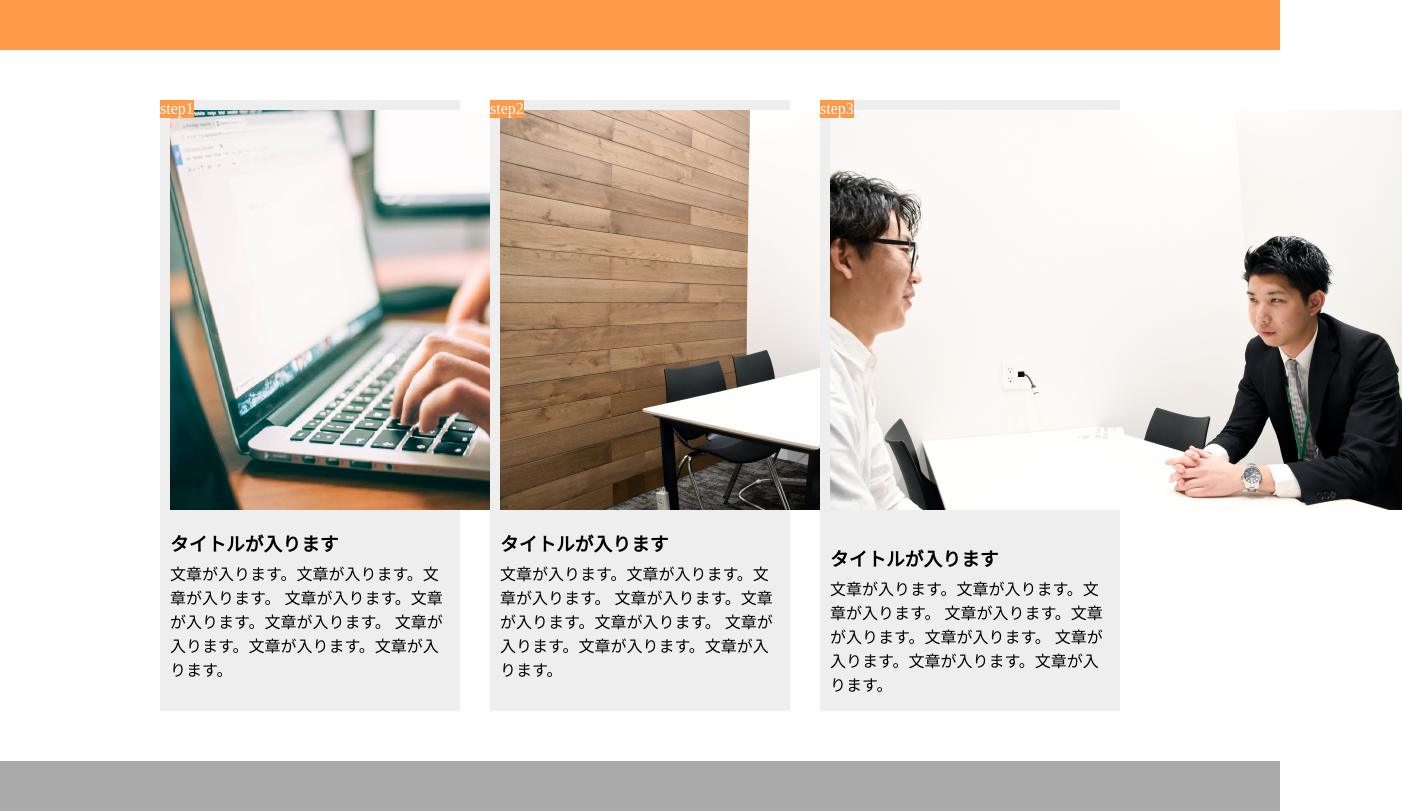
Repository: Kaori199701/-1
Page: 課題1/chapter9-index.html
The author's editor kept a record of every edit. The page is drawn from the files as they stood at one moment, then again after the next edit.
The browser window is 1280 px wide. The page is 1402 px wide, then 1372 px, then 1402 px, so the pictures cover 1402 px, including what lies to the right of the window. The pictures show the whole page.

Above is the page before.

### 課題1/chapter9-index.html
<!DOCTYPE html>
<html lang="ja">
  <head>
    <meta charset="UTF-8" />
    <!-- CSSファイルの読み込み -->
    <link rel="stylesheet" href="chapter9-style.css" />
    <title>chapter9</title>
  </head>

  <body>
     <!-- header -->
    <header>
    </header>

     <!-- main用のdiv -->
     <main>
       <!-- 内容 -->
          <!-- 1コ目の記事-->
         <div class="contents-box">
           <img class="contents-image" src="img/flow01.png">
           <span class="step-number">step1</span>
           <h3 class="contents-text-heading">タイトルが入ります</h3>
           <p>文章が入ります。文章が入ります。文章が入ります。
           文章が入ります。文章が入ります。文章が入ります。
           文章が入ります。文章が入ります。文章が入ります。</p>


         </div>
         <!-- 2コ目の記事-->
         <div class="contents-box">
          <span class="step-number">step2</span>

            <img class="contents-image" src="img/flow02.png">

              <h3 class="contents-text-heading">タイトルが入ります</h3>
              <p>文章が入ります。文章が入ります。文章が入ります。
              文章が入ります。文章が入ります。文章が入ります。
              文章が入ります。文章が入ります。文章が入ります。</p>


         </div>

        <!-- 3コ目の記事-->
         <div class="contents-box">
          <span class="step-number">step3</span>
           <div class="contents">
            <img class="contents-image" src="img/flow03.png">
            <section class="contents-text">
              <h3 class="contents-text-heading">タイトルが入ります</h3>
              <p>文章が入ります。文章が入ります。文章が入ります。
              文章が入ります。文章が入ります。文章が入ります。
              文章が入ります。文章が入ります。文章が入ります。</p>
             </section>
           </div>
         </div>

     </main>

     <!-- footer -->
     <footer>
     </footer>
   </body>
</html>

### 課題1/chapter9-style.css
/* ブラウザがそれぞれ持っているCSSをリセットするための記述 */
* {
  margin: 0;
  padding: 0;
  box-sizing: border-box;
}

header {
  height: 50px;
  background-color: #FF9A4B
}

main {
  width: 960px; /* 横幅960px */
  display: flex; /* Flexboxの利用 */
  margin: 50px auto; /* 要素の中央揃え */
}

.contents-box {
  width: 300px;
  margin-right: 30px;
  padding: 10px;
  position: relative;
  background-color: #EEEEEE;
}

.contents-box last-child{
  margin-right: 0;
}


.step-img1 {
  height: 150px;
  background-image: url(img/flow01.png);
  background-position: bottom;
  background-size: cover;
}

.step-img2 {
  height: 150px;
  background-image: url(img/flow02.png);
  background-position: bottom;
  background-size: cover;
}

.step-img3 {
  height: 150px;
  background-image: url(img/flow03.png);
  background-position: bottom;
  background-size: cover;
}


.contents-text-heading {
  padding-top: 15px;
  padding-bottom: 5px;
}

.step-number {
  position: absolute;
  top: 0;
  left: 0;
  background-color: #FF9A4B;
  color: #fff;
}

.contents-text {
  padding: 15px 0 5px;
}

footer {
  width: 100%; /* 横幅100% */
  height: 50px; /* 高さ50px */
  background-color: #AAAAAA;
}






@media screen and (max-width: 768px) {
  header {
    width: 100%;
  }


main {
    width: 100%;
    display: block;
  }

.contents-box {
  width: 90%;
  margin-bottom: 20px;
  padding: 10px;
  position: relative;
  background-color: #EEEEEE;
}

}

After the next edit:
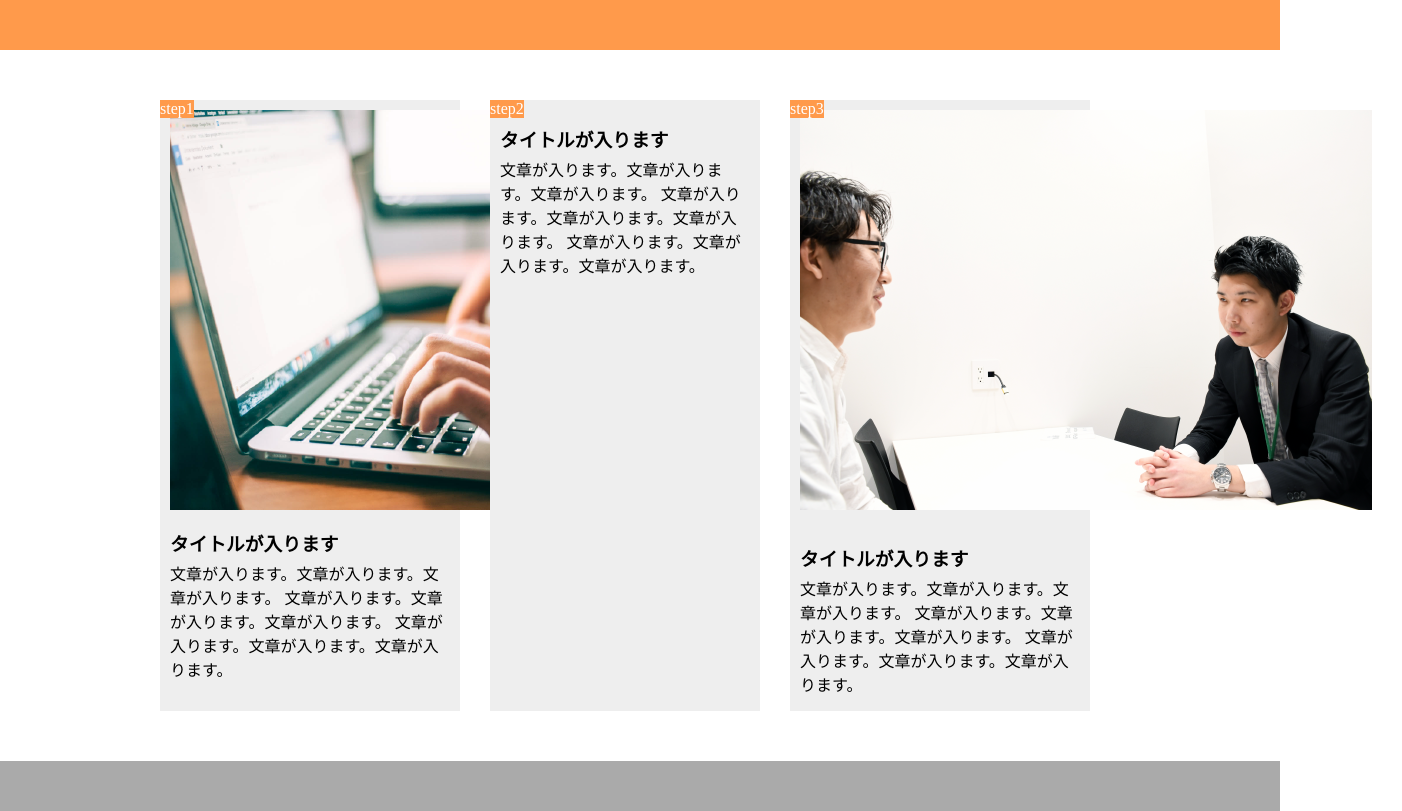
The edit:
--- a/課題1/chapter9-index.html
+++ b/課題1/chapter9-index.html
@@ -30,7 +30,7 @@
          <div class="contents-box">
           <span class="step-number">step2</span>
 
-            <img class="contents-image" src="img/flow02.png">
+
 
               <h3 class="contents-text-heading">タイトルが入ります</h3>
               <p>文章が入ります。文章が入ります。文章が入ります。

After the edit that followed:
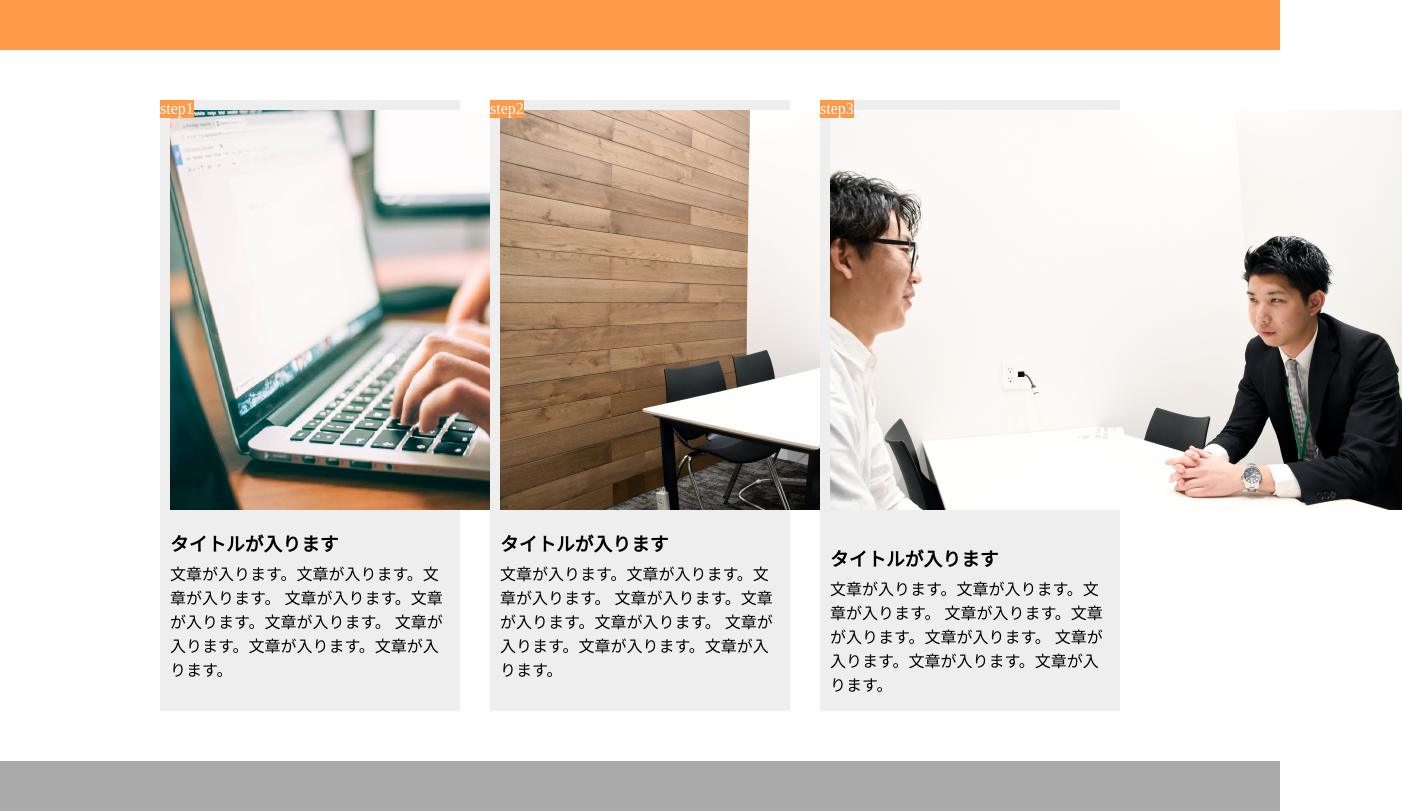
The edit:
--- a/課題1/chapter9-index.html
+++ b/課題1/chapter9-index.html
@@ -28,6 +28,7 @@
          </div>
          <!-- 2コ目の記事-->
          <div class="contents-box">
+          <img class="contents-image" src="img/flow02.png">
           <span class="step-number">step2</span>
 
 
